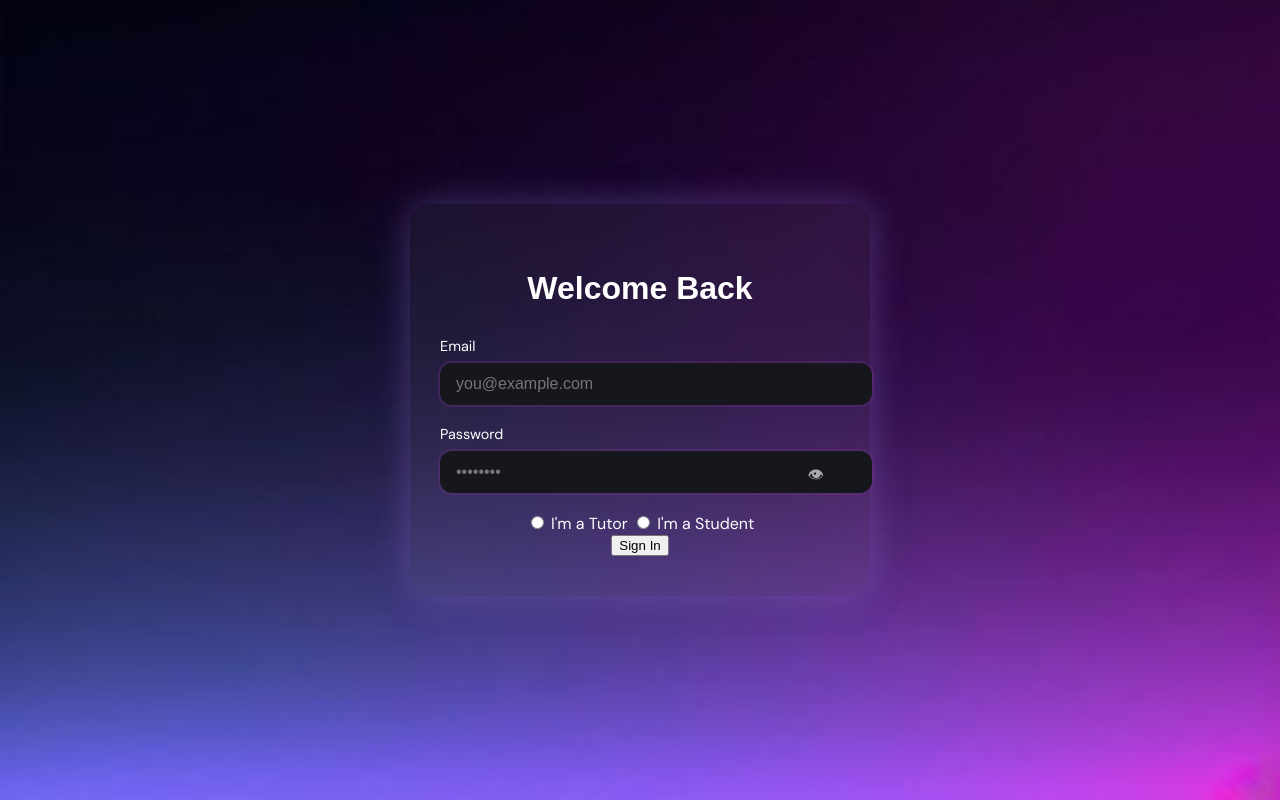
Repository: damndana/UIREN
Page: http://localhost/signin/
The author's editor kept a copy of each file at every save. The page is drawn from the files as they stood at one save, then again after the next save.
The browser window is 1280 px wide. The pictures show the whole page.
The page is served by the project's application, run on Django 5.2 (manage.py). Other server files are loaded and not shown.

Above is the page before, as saved 2025-03-28 23:18:22.

### main/templates/signin.html

{% load static %}
<!DOCTYPE html>
<html lang="en">
<head>
  <meta charset="UTF-8">
  <title>Sign In</title>
  <link rel="stylesheet" href="{% static 'css/style.css' %}">
  <link href="https://fonts.googleapis.com/css2?family=DM+Sans&display=swap" rel="stylesheet">
</head>
<body class="signin-page-body" style="background: url('{% static 'animations/background.jpeg' %}') no-repeat center center; background-size: cover;">

  <div class="signin-page-container">
    <h2 class="signin-page-title">Welcome Back</h2>
    <form method="POST" class="signin-page-form">
      {% csrf_token %}

      <div class="input-group">
        <label for="email">Email</label>
        <input type="email" name="email" placeholder="you@example.com" required />
      </div>

      <div class="input-group password-group">
        <label for="password">Password</label>
        <input type="password" id="password-input" name="password" placeholder="••••••••" required />
        <span class="toggle-password" onclick="togglePassword()">👁</span>
      </div>

      <!-- ✅ Role selection INSIDE the form -->
      <div class="role-selection">
        <label><input type="radio" name="role" value="tutor" required /> I'm a Tutor</label>
        <label><input type="radio" name="role" value="student" /> I'm a Student</label>
      </div>

      <button type="submit" class="signin-btn">Sign In</button>
    </form>
  </div>

  <script>
    function togglePassword() {
      const input = document.getElementById("password-input");
      input.type = input.type === "password" ? "text" : "password";
    }
  </script>
</body>
</html>

### main/views.py
from django.shortcuts import render, redirect
from django.http import HttpResponse  # ← Add this!
from .models import UserProfile

def home(request):
    return render(request, 'home.html')

def courses(request):
    return render(request, 'courses.html')

def categories(request):
    return render(request, 'categories.html')

def about(request):
    return render(request, 'about.html')

def profile(request):
    return render(request, 'profile.html')

def signin(request):
    if request.method == "POST":
        email = request.POST.get("email")
        password = request.POST.get("password")
        role = request.POST.get("role")  # ✅ grab role here!

        if not (email and password and role):
            return HttpResponse("Missing fields", status=400)

        UserProfile.objects.create(email=email, password=password, role=role)
        return redirect("profile")  # or wherever you want to go

    return render(request, "signin.html")

def register_tutor(request):
    return render(request, 'register_tutor.html')

def register_student(request):
    return render(request, 'register_student.html')

### core/urls.py
from django.contrib import admin
from django.urls import path, include

urlpatterns = [
    path('admin/', admin.site.urls),
    path('', include('main.urls')),  # Connect main app routes
]

### main/urls.py
from django.urls import path
from . import views

urlpatterns = [
    path('', views.home, name='home'),
    path('courses/', views.courses, name='courses'),
    path('categories/', views.categories, name='categories'),
    path('about/', views.about, name='about'),
    path('profile/', views.profile, name='profile'),
    path('signin/', views.signin, name='signin'),
    path('signin/', views.signin, name='signin'),
    path('register/tutor/', views.register_tutor, name='register_tutor'),
    path('register/student/', views.register_student, name='register_student'),
]

### main/static/css/style.css
body {
    margin: 0;
    padding: 0;
    font-family: 'DM Sans', 'Raleway', 'Roboto Mono', 'Tektur', sans-serif;
    color: white;
    background: black;
  }

  #bg-video {
    position: fixed;
    top: 0;
    left: 0;
    width: 100%;
    height: 100%;
    object-fit: cover; /* Ensures the video covers the entire background */
    z-index: -1; /* Keeps the video behind all content */
}

  /* Navbar */
  .navbar {
    display: flex;
    justify-content: space-between;
    padding: 20px 40px;
    font-family: 'Raleway', sans-serif;
  }

  .navbar a {
    color: white;
    text-decoration: none;
    margin: 0 15px;
    position: relative;
  }

  .navbar a:hover {
    border-bottom: 2px solid transparent;
    border-image: linear-gradient(to right, #b14fff, #7f00ff);
    border-image-slice: 1;
  }

  .dropdown {
    position: relative;
    display: inline-block;
  }

  .dropbtn {
    background: none;
    border: none;
    color: white;
    font-family: 'Raleway';
    font-size: 16px;
    cursor: pointer;
  }

  .dropdown-content {
    display: none;
    position: absolute;
    background-color: #111;
    min-width: 120px;
    z-index: 1;
    border-radius: 8px;
    padding: 10px 0;
  }

  .dropdown-content a {
    color: white;
    padding: 8px 16px;
    text-decoration: none;
    display: block;
  }

  .dropdown-content a:hover {
    background: linear-gradient(to right, #b14fff, #7f00ff);
    color: white;
  }

  .dropdown:hover .dropdown-content {
    display: block;
  }

  /* Hero Section */
  .hero-content {
    text-align: center;
    margin-top: 120px;
    z-index: 10;
    position: relative;
  }

  .hero-title {
    font-family: 'Tektur', sans-serif;
    font-size: 3rem;
    font-weight: bold;
    color: rgb(135, 16, 214);
    margin-bottom: 20px;
    margin-top:-95px;
  }

  /* Filters */
  /* Filters */
.filter-buttons {
    margin-bottom: 20px;
}

.filter-buttons button {
    background-color: rgba(124, 50, 142, 0.2); /* Light purple background */
    border: none;
    color: rgb(148, 148, 216); /* Default text color */
    font-family: 'Roboto Mono', monospace; /* Set font to Roboto Mono */
    font-size: 1.1rem; /* Slightly larger font size */
    padding: 10px 20px; /* Adjust padding for better spacing */
    margin: 0 8px;
    border-radius: 10px;
    cursor: pointer;
    transition: all 0.3s ease;
}

.filter-buttons button:hover {
    background: linear-gradient(to right, #b14fff, #7f00ff); /* Gradient background on hover */
    color: white; /* Change text color to white on hover */
}

.filter-buttons button.selected {
    background: linear-gradient(to right, #b14fff, #7f00ff); /* Gradient background for selected */
    color: white; /* White text for selected */
    font-weight: bold; /* Optional: Make the selected button text bold */
}

  /* Search */
/* Search Wrapper */
.search-wrapper {
    display: flex;
    justify-content: center;
    align-items: center;
    margin-top: 20px;
    margin-bottom: 50px;
    gap: 12px; /* Space between input and icon */
}

/* Input Field */
.search-wrapper input {
    background-color: rgba(255, 255, 255, 0.8); /* Purple background */
    color: rgb(20, 1, 1); /* White text for better contrast */
    font-family: monospace;
    border-radius: 9999px; /* Fully rounded */
    padding: 0.5rem 1.5rem; /* Larger padding for a bigger input */
    outline: none;
    border: 1px solid rgba(148, 112, 214, 0.8); /* Purple border */
    box-shadow: 0 0 25px rgba(148, 112, 214, 0.8); /* Intense purple glow */
    transition: all 0.3s ease;
    font-size: 1.2rem; /* Larger font size */
    width: 300px; /* Adjust width as needed */
}

.search-wrapper input:focus {
    border-color: rgba(148, 112, 214, 1); /* Stronger purple border on focus */
    box-shadow: 0 0 35px rgba(148, 112, 214, 1); /* Stronger glow on focus */
}

/* Search Icon */
/* Search Icon */
.search-wrapper span {
    background-color: rgb(255, 251, 251); /* Purple background */
    border-radius: 50%; /* Make it circular */
    width: 50px; /* Increase size of the circle */
    height: 50px; /* Increase size of the circle */
    display: flex;
    justify-content: center;
    align-items: center;
    box-shadow: 0 0 25px rgba(148, 112, 214, 0.8); /* Intense purple glow */
    cursor: pointer;
    transition: all 0.3s ease;
}

/* Image Inside Search Icon */
.search-wrapper span img {
    width: 30px; /* Increase size of the image */
    height: 30px; /* Increase size of the image */
    object-fit: contain; /* Ensure the image fits inside */
    transform: rotate(-45deg); /* Rotate the image by 45 degrees */
    transition: all 0.3s ease;
}

/* Hover Effect for Search Icon */
.search-wrapper span:hover {
    box-shadow: 0 0 35px rgba(148, 112, 214, 1); /* Stronger glow on hover */
    transform: scale(1.1); /* Slight zoom effect */
}


  /* Carousel */
/* Remove the slide animation */
/* Carousel */
/* Carousel */
/* Carousel Wrapper */
.carousel-wrapper {
    margin-top: 50px; /* Move the carousel lower */
}

/* Carousel */
.carousel {
    display: flex; /* Align items in a row */
    flex-direction: row; /* Ensure horizontal layout */
    gap: 20px; /* Space between cards */
    padding: 20px;
    overflow-x: hidden; /* Hide the horizontal scrollbar */
    overflow-y: hidden; /* Hide the vertical scrollbar */
    scroll-behavior: auto; /* Disable smooth scrolling for manual control */
    white-space: nowrap; /* Prevent wrapping of items */
}

/* Card */
.card {
    flex: 0 0 auto; /* Prevent cards from shrinking or growing */
    width: 260px; /* Increase width for larger images */
    height: 350px; /* Increase height to fit larger images and text */
    text-align: center; /* Center-align the text */
    color: white; /* Ensure text is visible */
    background-color: transparent; /* Remove background */
    border-radius: 10px; /* Optional: Add rounded corners */
    padding: 15px; /* Add padding inside the card */
    box-shadow: none; /* Remove shadow */
    display: flex;
    flex-direction: column; /* Stack content vertically */
    justify-content: space-between; /* Space out the animation and text */
}

/* Lottie Player Inside Card */
.card lottie-player {
    width: 220px; /* Increase the width of the animation */
    height: 220px; /* Increase the height of the animation */
    margin: 0 auto; /* Center the animation inside the card */
}

/* Card Text */
.card p {
    margin-top: -10px; /* Add space between the animation and text */
    font-size: 1.2rem; /* Increase font size */
    color: white; /* Ensure text is visible */
    line-height: 6; /* Adjust line height for better readability */
}

.carousel-container {
  overflow-x: auto;
  scroll-snap-type: x mandatory;
  -webkit-overflow-scrolling: touch;
  display: flex;
  justify-content: center;
  margin-top: 40px;
}

.carousel-track {
  display: flex;
  gap: 24px;
  padding: 20px;
}

.carousel-card {
  flex: 0 0 auto;
  width: 220px;
  height: 280px;
  background: rgba(255, 255, 255, 0.1);
  backdrop-filter: blur(6px);
  border-radius: 20px;
  color: white;
  text-align: center;
  font-family: 'Tektur', sans-serif;
  font-size: 1.2rem;
  display: flex;
  align-items: center;
  justify-content: center;
  scroll-snap-align: center;
  transition: transform 0.3s ease;
}

.carousel-card.active {
  transform: scale(1.15);
  border: 2px solid #9333ea;
}

/* ==== COURSES PAGE STYLES START ==== */

/* Sidebar and layout */



  .sidebar-item {
    display: flex;
    align-items: center;
    gap: 10px;
    font-size: 15px;
    cursor: pointer;
  }

  .icon {
    width: 20px;
    height: 20px;
  }

  /* Search bar */
/* Search group override */
.group {
    display: flex;
    line-height: 28px;
    align-items: center;
    position: relative;
    max-width: 190px;
    margin: 30px auto;
  }

  .input {
    font-family: "Montserrat", sans-serif;
    width: 100%;
    height: 45px;
    padding-left: 2.5rem;
    box-shadow: 0 0 0 1.5px #2b2c37, 0 0 25px -17px #000;
    border: 0;
    border-radius: 12px;
    background-color: #16171d;
    outline: none;
    color: #bdbecb;
    transition: all 0.25s cubic-bezier(0.19, 1, 0.22, 1);
    cursor: text;
    z-index: 0;
  }

  .input::placeholder {
    color: #bdbecb;
  }

  .input:hover {
    box-shadow: 0 0 0 2.5px #2f303d, 0px 0px 25px -15px #000;
  }

  .input:active {
    transform: scale(0.95);
  }

  .input:focus {
    box-shadow: 0 0 0 2.5px #2f303d;
  }

  .search-icon {
    position: absolute;
    left: 1rem;
    fill: #bdbecb;
    width: 1rem;
    height: 1rem;
    pointer-events: none;
    z-index: 1;
  }

  /* Remove scrollbar from carousel */
  .carousel-wrapper::-webkit-scrollbar {
    display: none;
  }
  .carousel-wrapper {
    -ms-overflow-style: none;  /* IE and Edge */
    scrollbar-width: none;     /* Firefox */
  }

/* === COURSES PAGE FIX === */
.courses-body {
  display: flex;
  font-family: 'DM Sans', sans-serif;
  color: white;
  margin: 0;
  padding: 0;
  height: 100vh; /* Full viewport height */
  overflow: hidden;
}

  .sidebar {
    width: 200px;
    background: transparent;
    padding: 30px 20px;
    display: flex;
    flex-direction: column;
    gap: 30px;
    border-right: 1px solid rgba(255,255,255,0.1);
  }

  .main-content {
    flex: 1;
    display: flex;
    flex-direction: column;
    padding: 30px 40px;
    overflow-y: auto;
  }

  .section-title {
    font-family: 'Tektur', sans-serif;
    font-size: 1.8rem;
    margin-bottom: 20px;
  }

  .group {
    display: flex;
    align-items: center;
    position: relative;
    max-width: 300px;
  }

  .input {
    font-family: "Montserrat", sans-serif;
    width: 100%;
    height: 45px;
    padding-left: 2.5rem;
    border-radius: 12px;
    background-color: #16171d;
    color: #bdbecb;
    border: none;
    box-shadow: 0 0 0 1.5px #2b2c37, 0 0 25px -17px #000;
  }

  .input::placeholder {
    color: #bdbecb;
  }

  .search-icon {
    position: absolute;
    left: 0.8rem;
    width: 1rem;
    height: 1rem;
    fill: #bdbecb;
    pointer-events: none;
  }

 /* Scoped Carousel Styles for Courses Page */
/* Course Item Wrapper */
.courses-body .course-item {
  display: flex;
  flex-direction: column; /* Stack the card and title vertically */
  align-items: center; /* Center-align the card and title */
  width: 240px; /* Match the width of the card */
  scroll-snap-align: center; /* Ensure snapping works for each item */
}

/* Card */
.courses-body .card {
  flex: 0 0 auto;
  width: 240px;
  height: 240px; /* Adjust height to fit only the image */
  border-radius: 20px;
  overflow: hidden;
  background: rgba(255, 255, 255, 0.05);
  backdrop-filter: blur(8px);
  transition: transform 0.4s ease;
  display: flex;
  justify-content: center;
  align-items: center;
}

.courses-body .card img {
  width: 100%;
  height: 100%;
  object-fit: cover;
  border-radius: 20px;
}

/* Course Title */
.courses-body .course-title {
  margin-top: 10px; /* Add space between the image and the title */
  font-family: 'Tektur', sans-serif;
  font-size: 1rem;
  color: white;
  text-align: center;
  width: 240px; /* Match the width of the card */
}
.courses-body .card p {
  font-family: 'DM Sans', sans-serif;
  font-size: 1rem;
  color: white;
  margin: 0;
  padding: 0;
  line-height: 1.4;
  text-align: center;
}

.courses-body .carousel {
  display: flex;
  gap: 24px;
  padding: 20px;
  scroll-behavior: smooth;
}


.icon-img {
  width: 20px;
  height: 20px;
  filter: brightness(1.5);
}

.sidebar-icon {
  display: flex;
  align-items: center;
  gap: 12px;
  padding: 8px 14px;
  margin-bottom: 10px;
  background: rgba(255, 255, 255, 0.08);
  border-radius: 12px;
  transition: all 0.3s ease;
}

.sidebar-icon:hover {
  background: rgba(255, 255, 255, 0.18);
  transform: scale(1.03);
  cursor: pointer;
}

.carousel-body .card {
  flex: 0 0 auto;
  width: 220px;
  height: 300px;
  background: rgba(255, 255, 255, 0.08);
  border-radius: 20px;
  display: flex;
  flex-direction: column;
  justify-content: flex-start;
  align-items: center;
  padding: 12px;
  font-family: 'DM Sans', sans-serif;
  transition: transform 0.3s ease, box-shadow 0.3s ease;
  scroll-snap-align: center;
}

.carousel-body .card img {
  width: 100%;
  height: 200px;
  border-radius: 16px;
  object-fit: cover;
}

.carousel-body .card p {
  font-family: 'DM Sans', sans-serif;
  margin-top: 12px;
  font-size: 0.95rem;
  color: white;
  text-align: center;
}

.carousel-body .card:hover {
  transform: scale(1.07);
  box-shadow: 0 12px 30px rgba(255, 255, 255, 0.1);
}

.sidebar {
  width: 200px;
  background: rgba(255, 255, 255, 0.07); /* Brighter glassy effect */
  backdrop-filter: blur(12px);
  padding: 30px 20px;
  display: flex;
  flex-direction: column;
  gap: 30px;
  border-right: 1px solid rgba(255,255,255,0.15);
  box-shadow: 4px 0 20px rgba(148, 112, 214, 0.15); /* optional glow */
  border-radius: 0 20px 20px 0; /* curved right side */
}
.home .card {
  width: 220px;
  height: 320px;
  flex: 0 0 auto;
  border-radius: 20px;
  background: rgba(255,255,255,0.08);
  padding: 16px;
  text-align: center;
  transition: transform 0.3s ease;
}

.home .card lottie-player {
  width: 180px;
  height: 180px;
  margin: auto;
}

.home .card p {
  margin-top: 12px;
  font-family: 'DM Sans', sans-serif;
  font-size: 1rem;
}
/* Card Hover Effect */
/* === SIGNIN PAGE (ISOLATED) === */
.signin-page-body {
  display: flex;
  align-items: center;
  justify-content: center;
  min-height: 100vh;
  background: linear-gradient(to bottom right, #000428, #004e92); /* Example gradient */
  font-family: 'DM Sans', sans-serif;
  padding: 40px;
  overflow: hidden;
}

.signin-page-container {
  background: rgba(255, 255, 255, 0.05);
  backdrop-filter: blur(14px);
  border-radius: 20px;
  padding: 40px 30px;
  width: 400px;
  box-shadow: 0 0 35px rgba(148, 112, 214, 0.4);
  text-align: center;
}

.signin-page-title {
  color: white;
  font-family: 'Tektur', sans-serif;
  font-size: 2rem;
  margin-bottom: 30px;
}

.signin-page-form .input-group {
  margin-bottom: 20px;
  text-align: left;
}

.signin-page-form .input-group label {
  display: block;
  color: white;
  font-size: 0.9rem;
  margin-bottom: 8px;
}

.signin-page-form .input-group input {
  width: 100%;
  padding: 12px 16px;
  border: none;
  border-radius: 12px;
  background: #16171d;
  color: #fff;
  font-size: 1rem;
  box-shadow: 0 0 0 2px rgba(124, 50, 142, 0.3);
  outline: none;
}

.signin-page-form .input-group input:focus {
  box-shadow: 0 0 0 2px #7f00ff;
}

.signin-page-form .password-group {
  position: relative;
}

.signin-page-form .toggle-password {
  position: absolute;
  right: 16px;
  top: 38px;
  color: #aaa;
  cursor: pointer;
}

.signin-page-btn {
  background: linear-gradient(to right, #b14fff, #7f00ff);
  border: none;
  color: white;
  font-size: 1.1rem;
  padding: 12px 0;
  width: 100%;
  border-radius: 12px;
  cursor: pointer;
  transition: transform 0.2s ease, box-shadow 0.3s ease;
}

.signin-page-btn:hover {
  transform: scale(1.03);
  box-shadow: 0 0 12px #7f00ff;
}

.signin-page-alt {
  color: white;
  font-size: 0.85rem;
  margin-top: 20px;
}

.signin-page-alt a {
  color: #b14fff;
  text-decoration: none;
}

.signin-role-radio {
  margin-top: 10px;
  display: flex;
  justify-content: center;
  gap: 20px;
}

.signin-role-radio label {
  color: white;
  font-size: 0.95rem;
  display: flex;
  align-items: center;
  gap: 8px;
}

After the next save:
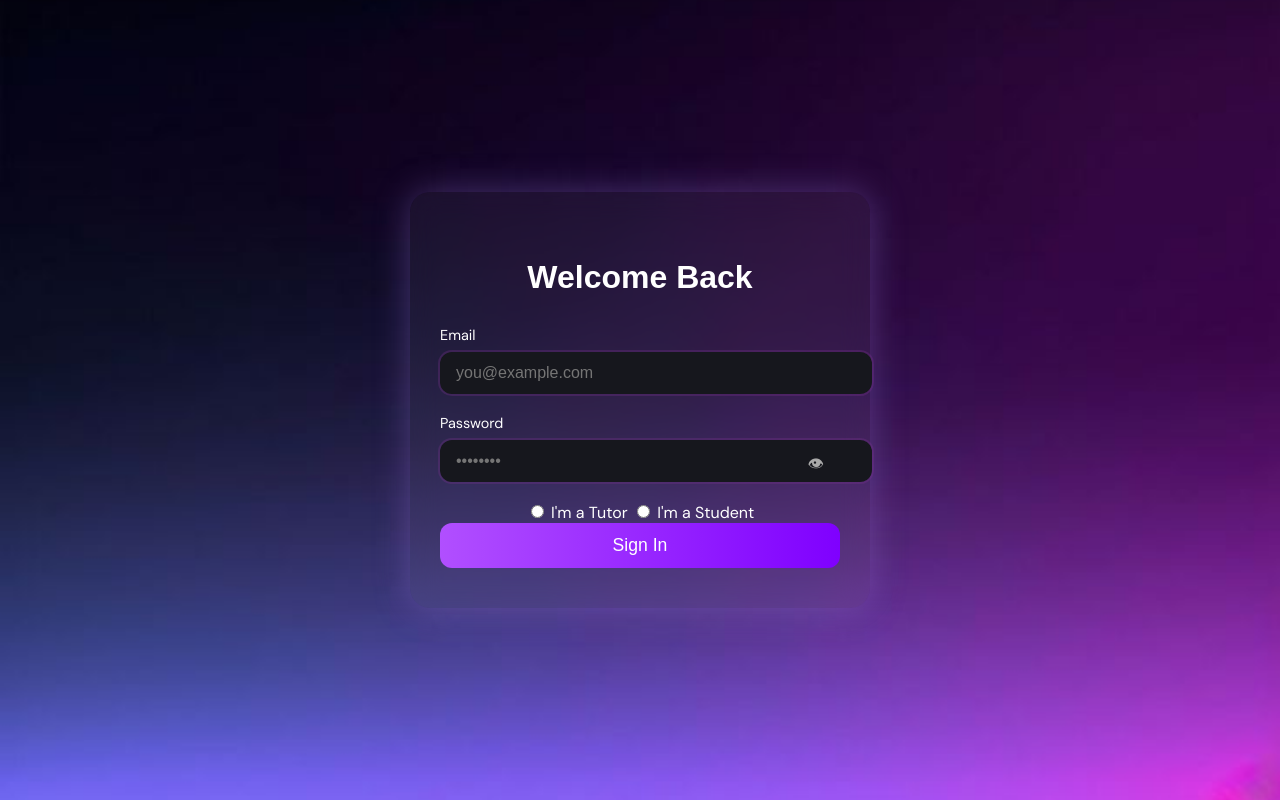
Saved 27 s later.
--- a/main/templates/signin.html
+++ b/main/templates/signin.html
@@ -32,7 +32,7 @@
         <label><input type="radio" name="role" value="student" /> I'm a Student</label>
       </div>
 
-      <button type="submit" class="signin-btn">Sign In</button>
+      <button type="submit" class="signin-page-btn">Sign In</button>
     </form>
   </div>
 
